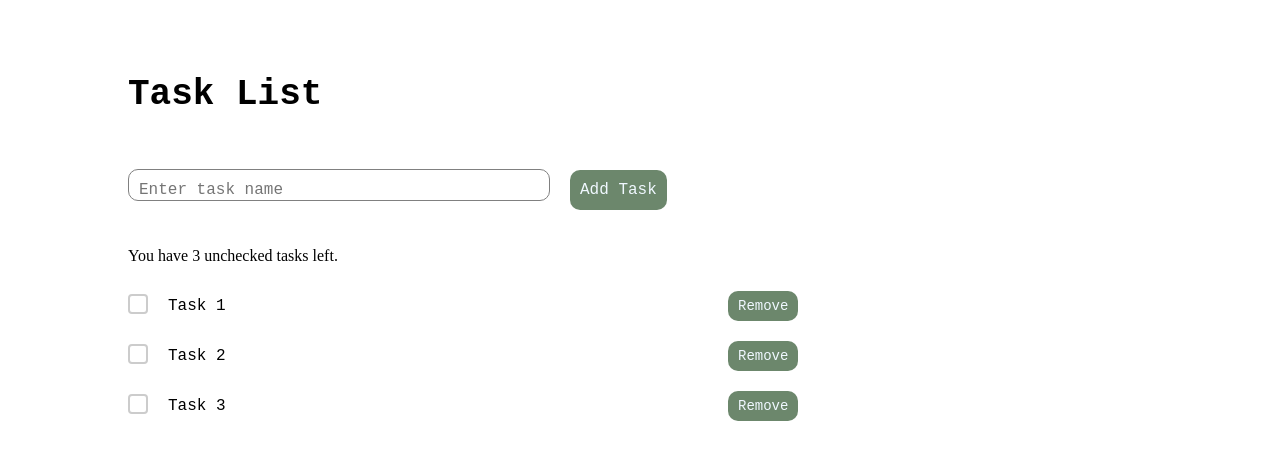
Repository: SandyLy453/task-list
Page: /
These files come from the project's save history. The page is drawn as it stood at one moment and after the next save; the edit follows.
The browser window is 1280 px wide. The pictures show the whole page.
The project was rebuilt for these pictures with package versions that can differ from the ones it lists, and the page was loaded fresh each time. Also part of the build but not shown: vite.config.js.

Above is the page before, as saved 2024-10-11 15:41:03.

After the next save:
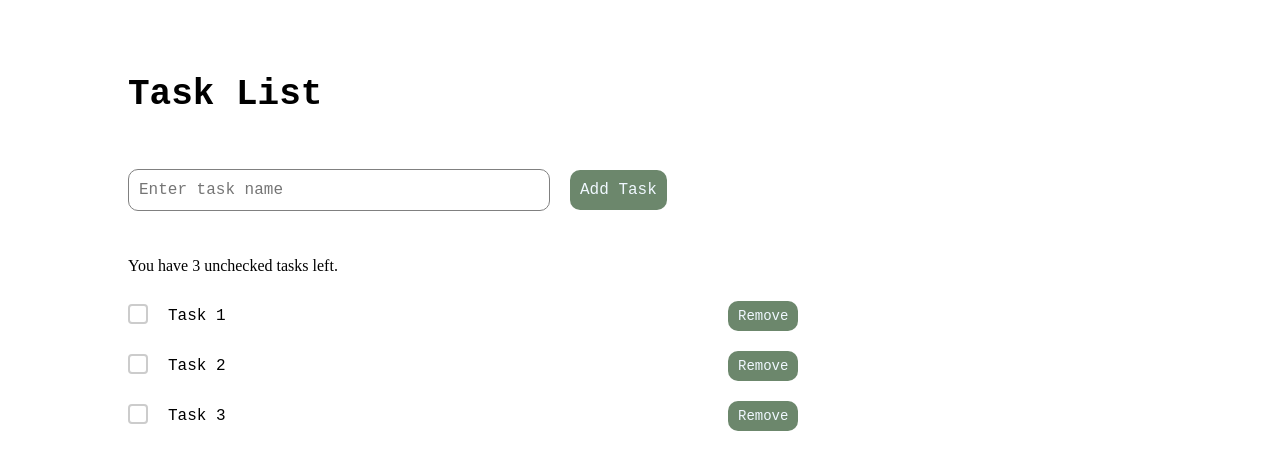
Saved 9 s later.
--- a/src/index.css
+++ b/src/index.css
@@ -15,7 +15,7 @@
 .input {
   height: 20px;
   width: 400px;
-  padding: 10px 10px 0 10px;
+  padding: 10px;
   font-size: 16px;
   font-family: monospace;
   margin: 20px 20px 20px 0;
